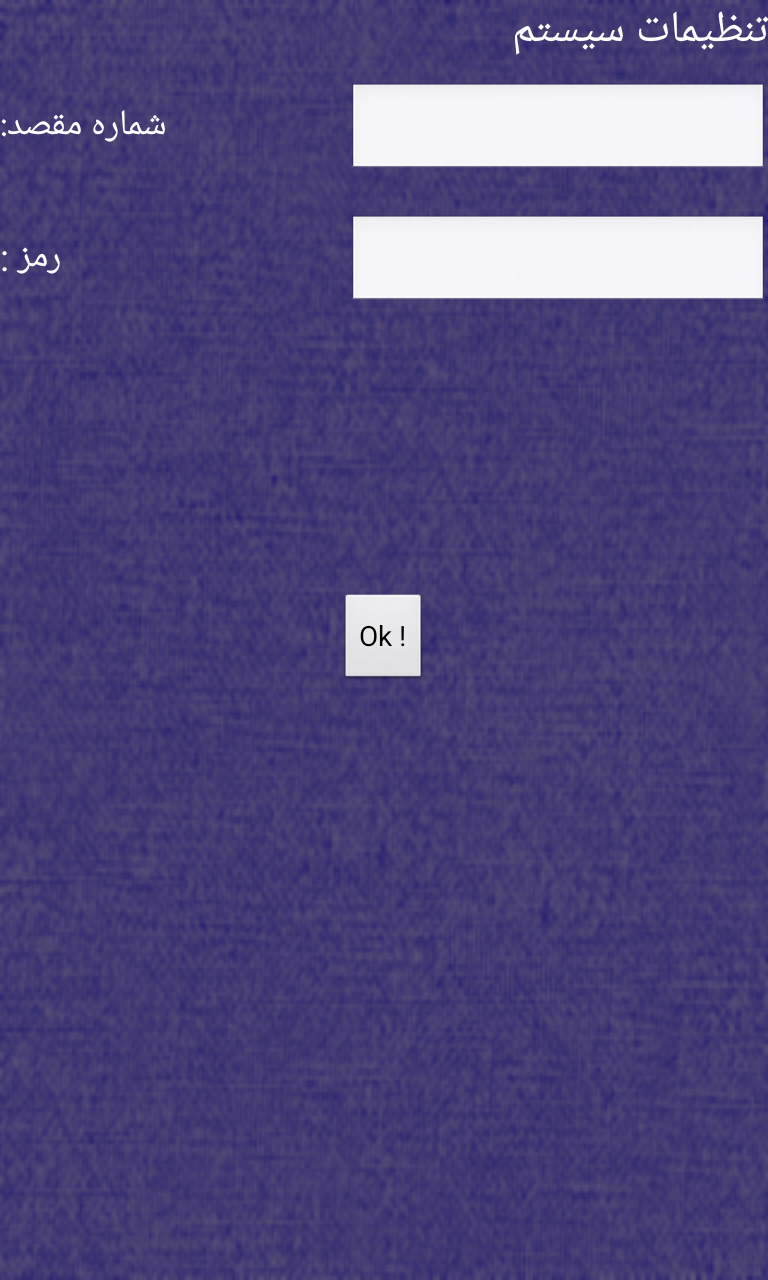
Repository: samanamp/RR-Controller
Layout: RRC app/res/layout/activity_system_setting.xml
An editor plug-in stored every save of this project. The layout is shown before and after the next save, followed by the edit.
It is drawn on a 768 x 1280 px phone screen (xhdpi) without system bars, with theme AppTheme; the app's code is not run.

Above is the layout before, as saved 2012-08-13 11:47:27.

After the next save:
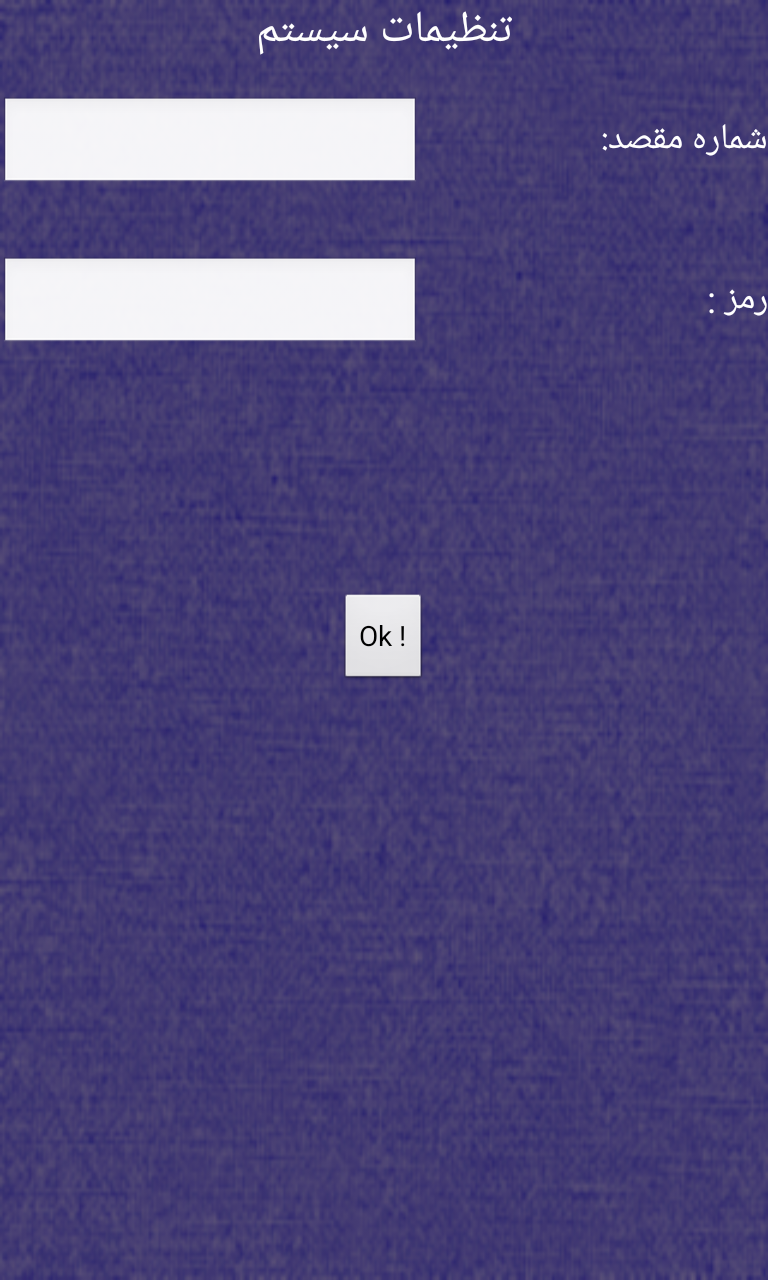
Saved 2 min 27 s later.
--- a/RRC app/res/layout/activity_system_setting.xml
+++ b/RRC app/res/layout/activity_system_setting.xml
@@ -4,26 +4,35 @@
     android:layout_height="match_parent"
     android:background="@drawable/bg_menu" >
 
+    <Button
+        android:id="@+id/button1"
+        android:layout_width="wrap_content"
+        android:layout_height="wrap_content"
+        android:layout_centerHorizontal="true"
+        android:layout_centerVertical="true"
+        android:onClick="changeSettings"
+        android:text="Ok !" />
+
     <TextView
         android:id="@+id/textView1"
         android:layout_width="wrap_content"
         android:layout_height="wrap_content"
-        android:layout_alignParentRight="true"
         android:layout_alignParentTop="true"
-        android:textColor="#ffffff"
+        android:layout_centerHorizontal="true"
         android:text="تنظیمات سیستم"
-        android:textAppearance="?android:attr/textAppearanceLarge" />
+        android:textAppearance="?android:attr/textAppearanceLarge"
+        android:textColor="#ffffff" />
 
     <TextView
         android:id="@+id/textView2"
         android:layout_width="wrap_content"
         android:layout_height="wrap_content"
-        android:layout_alignParentLeft="true"
+        android:layout_alignParentRight="true"
         android:layout_below="@+id/textView1"
-        android:layout_marginTop="20dp"
-        android:textColor="#ffffff"
+        android:layout_marginTop="27dp"
         android:text="شماره مقصد:"
-        android:textAppearance="?android:attr/textAppearanceMedium" />
+        android:textAppearance="?android:attr/textAppearanceMedium"
+        android:textColor="#ffffff" />
 
     <EditText
         android:id="@+id/editText1"
@@ -31,17 +40,17 @@
         android:layout_height="wrap_content"
         android:layout_alignBaseline="@+id/textView2"
         android:layout_alignBottom="@+id/textView2"
-        android:inputType="number"
-        android:layout_alignParentRight="true"
-        android:ems="10" />
+        android:layout_alignParentLeft="true"
+        android:ems="10"
+        android:inputType="number" />
 
     <TextView
         android:id="@+id/textView3"
         android:layout_width="wrap_content"
         android:layout_height="wrap_content"
-        android:layout_alignParentLeft="true"
+        android:layout_alignParentRight="true"
         android:layout_below="@+id/editText1"
-        android:layout_marginTop="27dp"
+        android:layout_marginTop="41dp"
         android:text="رمز :"
         android:textAppearance="?android:attr/textAppearanceMedium"
         android:textColor="#ffffff" />
@@ -52,16 +61,7 @@
         android:layout_height="wrap_content"
         android:layout_alignBaseline="@+id/textView3"
         android:layout_alignBottom="@+id/textView3"
-        android:layout_alignParentRight="true"
+        android:layout_alignParentLeft="true"
         android:ems="10" />
 
-    <Button
-        android:id="@+id/button1"
-        android:layout_width="wrap_content"
-        android:layout_height="wrap_content"
-        android:layout_centerHorizontal="true"
-        android:layout_centerVertical="true"
-        android:text="Ok !"
-        android:onClick="changeSettings"/>
-
 </RelativeLayout>
